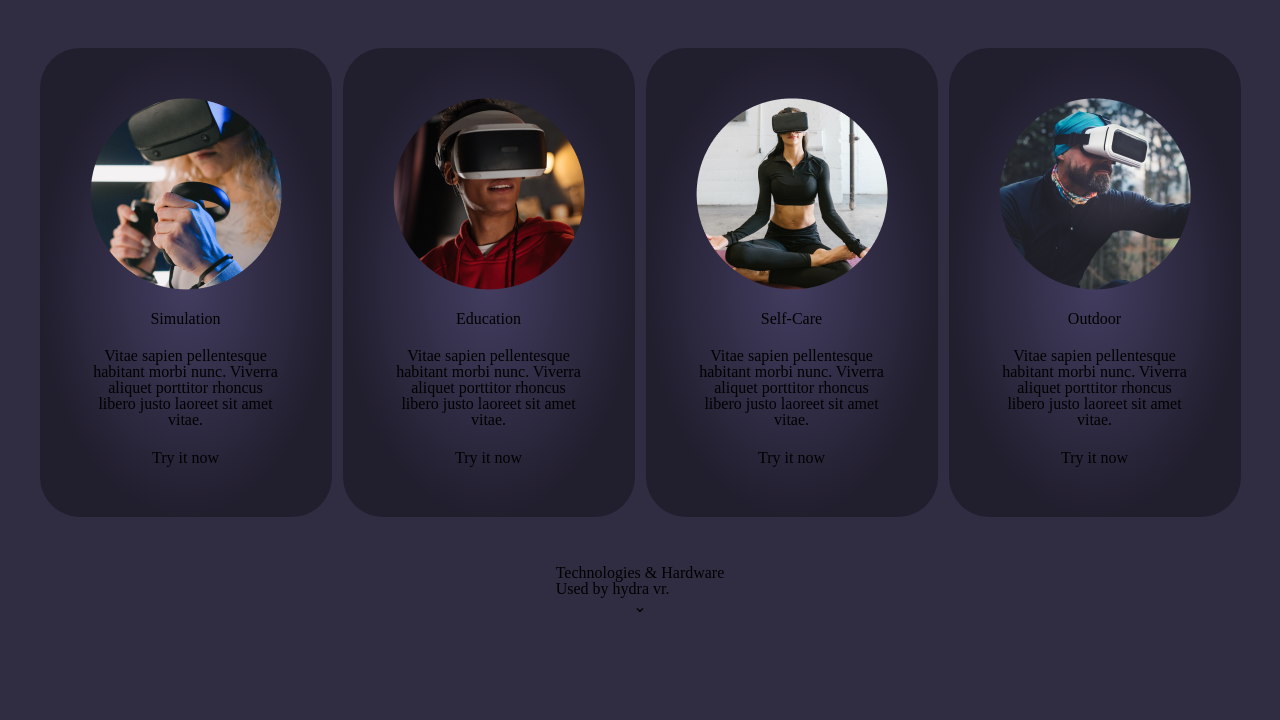
Repository: xMargi/Hydra-LandingPage
Page: index.html
An editor plug-in stored every save of this project. The page is shown before and after a run of saves, followed by the edit.
The browser window is 1280 px wide. The pictures show the whole page.

Above is the page before, as saved 2023-06-07 20:11:12.

### index.html
    <!DOCTYPE html>
    <html lang="pt-br">
    <head>
        <meta charset="UTF-8">
        <meta http-equiv="X-UA-Compatible" content="IE=edge">
        <meta name="viewport" content="width=device-width, initial-scale=1.0">
        <title>Hydra - Landing Page</title>
        <link rel="stylesheet" href="./reset.css">
        <link rel="stylesheet" href="./style.css">
    </head>
    <body>
        <div class="cartoes">
            <div class="cartao">
                <img src="./assets/1.png" alt="Mulher jogando em realidade virtual" class="cartao__img">
                <h1 class="cartao__titulo">Simulation</h1>
                <p class="cartao__paragrafo">Vitae sapien pellentesque habitant morbi
                nunc. Viverra aliquet porttitor rhoncus
                libero justo laoreet sit amet vitae.</p>
                <button class="cartao__button">Try it now</button>
            </div>
            <div class="cartao">
                <img src="./assets/2.png" alt="Homem usando um óculos de realidade virtual" class="cartao__img">
                <h1 class="cartao__titulo">Education</h1>
                <p class="cartao__paragrafo">Vitae sapien pellentesque habitant morbi
                nunc. Viverra aliquet porttitor rhoncus
                libero justo laoreet sit amet vitae.</p>
                <button class="cartao__button">Try it now</button>
            </div>
            <div class="cartao">
                <img src="./assets/3.png" alt="Mulher meditando com óculos de realidade virtual" class="cartao__img">
                <h1 class="cartao__titulo">Self-Care</h1>
                <p class="cartao__paragrafo">Vitae sapien pellentesque habitant morbi
                nunc. Viverra aliquet porttitor rhoncus
                libero justo laoreet sit amet vitae.</p>
                <button class="cartao__button">Try it now</button>
            </div>
            <div class="cartao">
                <img src="./assets/4.png" alt="Homem fazendo exercicíos utilizando um óculos de realidade virtual" class="cartao__img">
                <h1 class="cartao__titulo">Outdoor</h1>
                <p class="cartao__paragrafo">Vitae sapien pellentesque habitant morbi
                nunc. Viverra aliquet porttitor rhoncus
                libero justo laoreet sit amet vitae.</p>
                <button class="cartao__button">Try it now</button>
            </div>
        </div>
        <div class="container__imagem">
            <h1 class="imagem__titulo">Technologies & Hardware</h1>
            <p class="imagem__paragrafo">Used by hydra vr.</p>
        </div>
        <button class="botao__baixo">&#8964</button>
        <script src="./script.js"></script>
    </body>
    </html>

### style.css
@import url('https://fonts.googleapis.com/css2?family=Montserrat:wght@300;400;700&display=swap');

:root{

    --fonte: 'Montserrat', sans-serif;
    --cor-fundo: #302C42;
    --cor-cartao: radial-gradient(50% 50% at 50% 50%, #433D60 0%, #211E2E 100%);
    --cor-button: linear-gradient(90deg, #8176AF 0%, #C0B7E8 100%);
    --cor-branca: #FFFFFF;
    --cor-texto: #343045;

}

body{
    box-sizing: border-box;
    background: var(--cor-fundo);
    display: flex;
    align-items: center;
    flex-direction: column;

}

.cartoes{
    margin:3rem 5.4375rem;
    display: flex;
    gap: 0.6875rem;

}

.cartao{
    background: var(--cor-cartao);
    display: flex;
    flex-direction: column;
    gap: 1.3125rem;
    align-items: center;
    justify-content: center;
    text-align: center;
    padding: 3.125rem;
    border-radius: 40px;

}

Loaded but not shown: main/reset.css (common file); script.js (no copy from this time; the picture is the same without it)

After the next 2 saves:
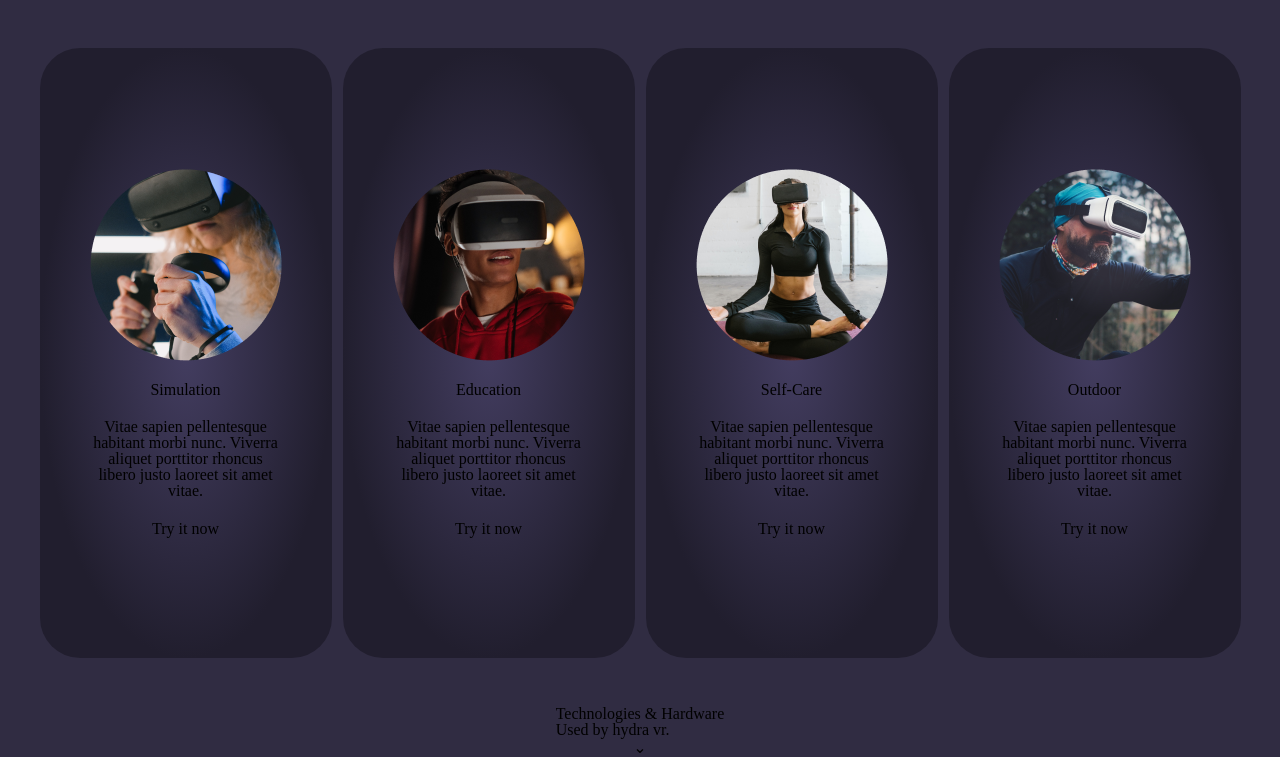
The 2 saves are shown as one change because they came seconds apart.
The last was saved 12 s later.
--- a/style.css
+++ b/style.css
@@ -37,5 +37,6 @@ body{
     text-align: center;
     padding: 3.125rem;
     border-radius: 40px;
+    height: 31.875rem;
 
 }
